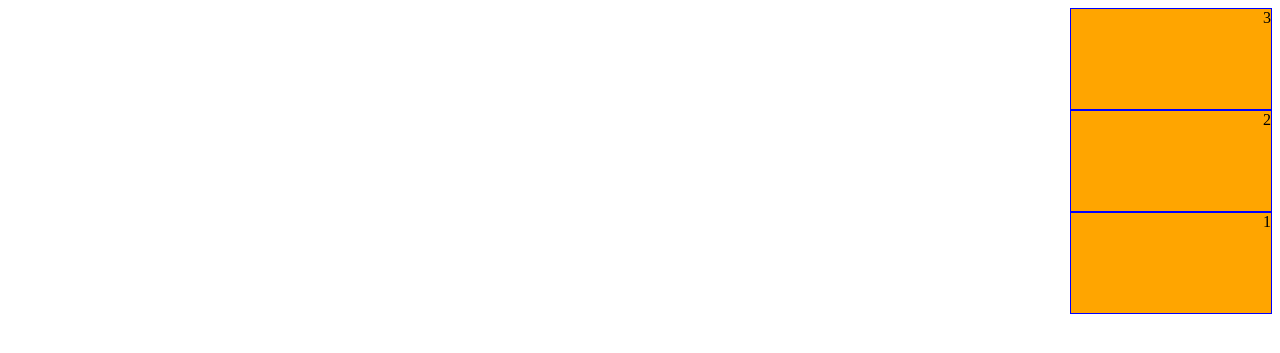
Repository: lopanghub/git_study
Page: http://localhost/JSPClassCh06/flex_layout01.jsp
These files come from the project's save history. The page is drawn as it stood at one moment and after the next save; the edit follows.
The browser window is 1280 px wide. The pictures show the whole page.
The page is served by Tomcat 9. Other server files are loaded and not shown.

Above is the page before, as saved 2024-04-09 01:35:19.

### JSPStudy/JSPClassCh06/src/main/webapp/flex_layout01.jsp
<%@ page language="java" contentType="text/html; charset=UTF-8"
    pageEncoding="UTF-8"%>
<!DOCTYPE html>
<html>
<head>
<meta charset="UTF-8">
<title>Insert title here</title>
<style>
	#box{
		display:flex;
		direction:rtl;
		flex-direction:column-reverse;
	}
	.item{

		border: 1px solid blue;
		width:200px;
		height:100px;
		background-color:orange;
	}
</style>
</head>
<body>
	<div id = "box">
		<div class="item">1</div>
		<div class="item">2</div>
		<div class="item">3</div>
	</div>
</body>
</html>

After the next save:
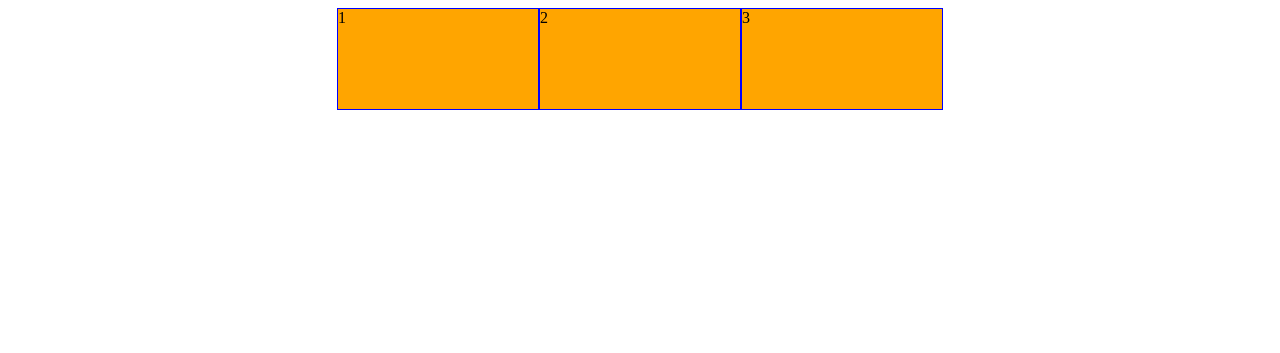
Saved 3 min 19 s later.
--- a/JSPStudy/JSPClassCh06/src/main/webapp/flex_layout01.jsp
+++ b/JSPStudy/JSPClassCh06/src/main/webapp/flex_layout01.jsp
@@ -8,8 +8,7 @@
 <style>
 	#box{
 		display:flex;
-		direction:rtl;
-		flex-direction:column-reverse;
+		justify-content:center;
 	}
 	.item{
 
